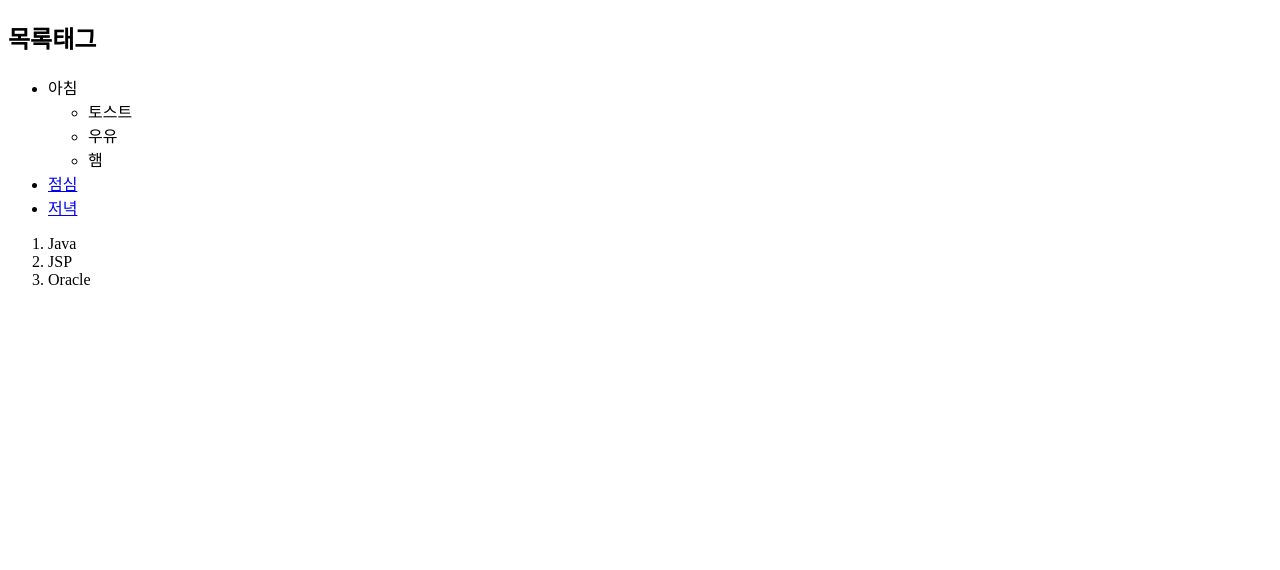
Repository: Cheol-Cheol/KOSA
Page: Kcc_web/Html/WebContent/list.html
These files come from the project's save history. The page is drawn as it stood at one moment and after a run of saves; the edit follows.
The browser window is 1280 px wide. The pictures show the whole page.

Above is the page before, as saved 2024-07-08 02:57:43.

After the next 2 saves:
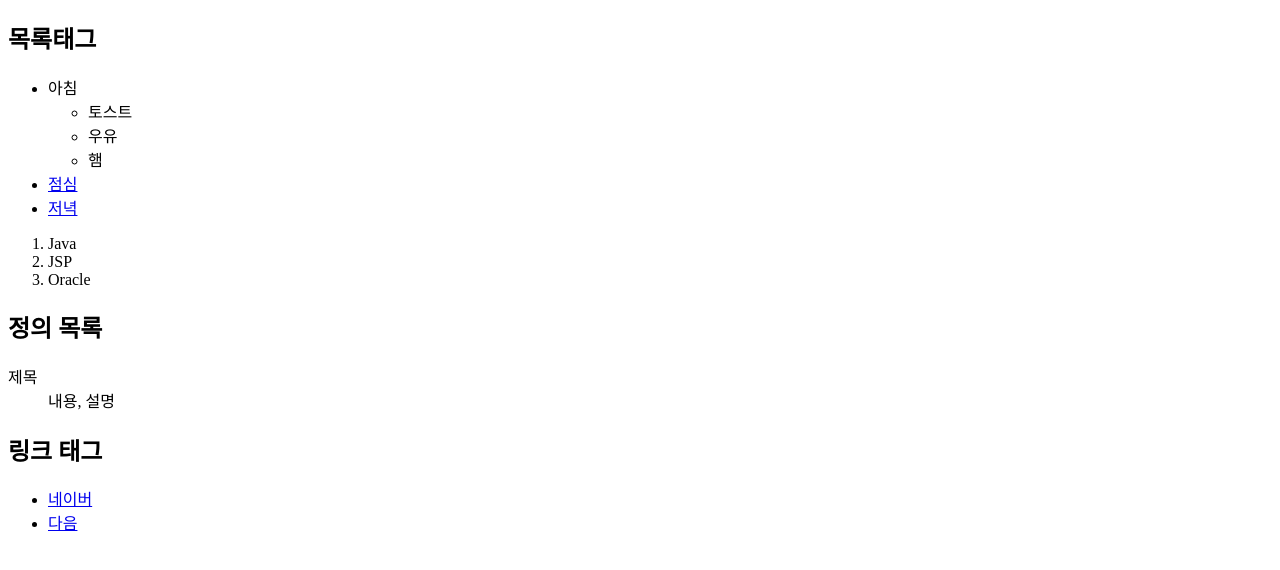
The 2 saves are shown as one change because they came seconds apart.
The last was saved 2 min 50 s later.
--- a/Kcc_web/Html/WebContent/list.html
+++ b/Kcc_web/Html/WebContent/list.html
@@ -40,6 +40,17 @@ a {
 		<li>Oracle</li>
 	</ol>
 
+	<h2>정의 목록</h2>
+	<dl>
+		<dt>제목</dt>
+		<dd>내용, 설명</dd>
+	</dl>
 
+	<h2>링크 태그</h2>
+
+	<ul>
+		<li><a href="http://naver.com" target="_blank">네이버</a></li>
+		<li><a href="http://daum.com" target="_self">다음</a></li>
+	</ul>
 </body>
 </html>
